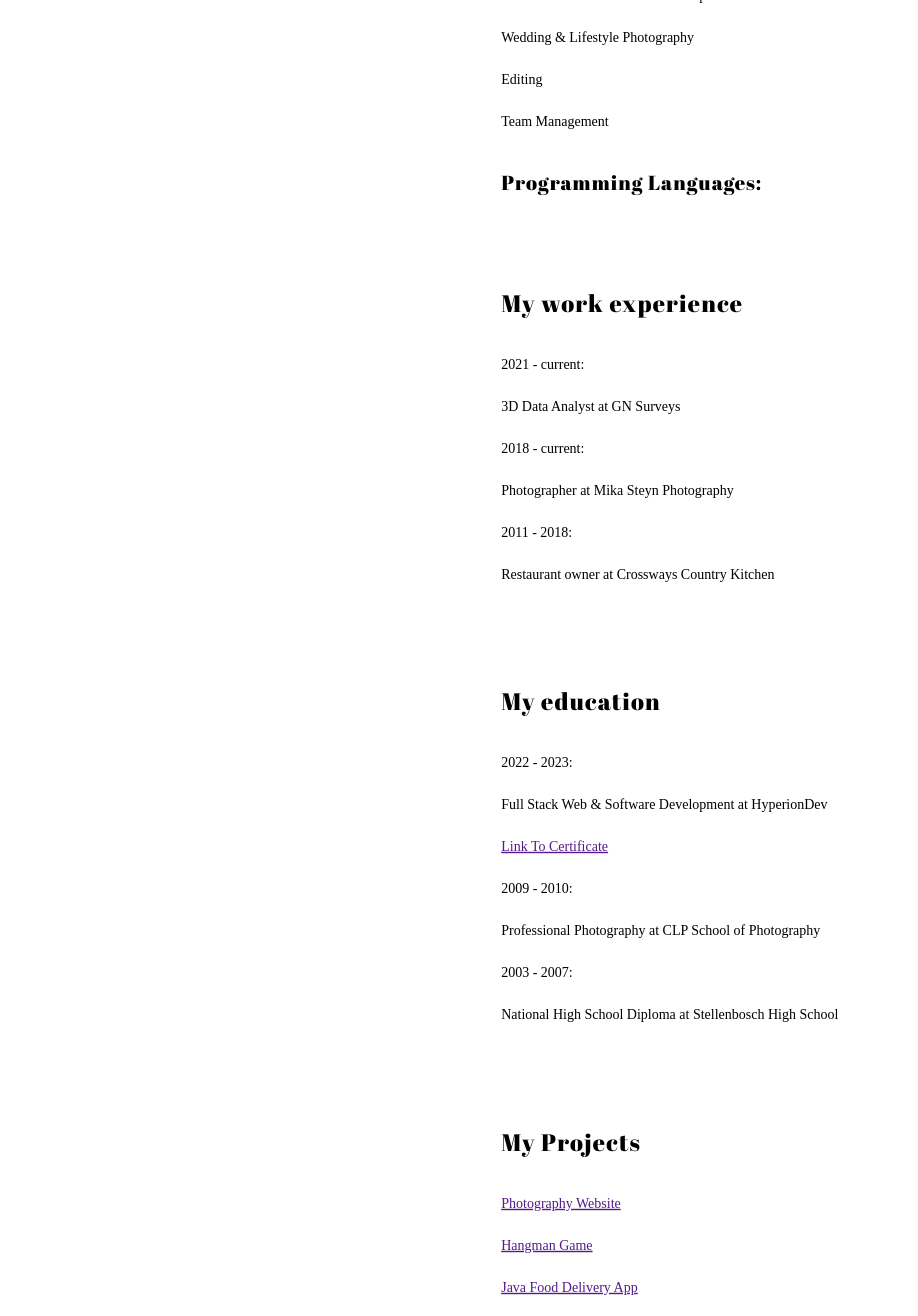
Repository: mikasteyn999/My-CV-Website
Page: index.html
An editor plug-in stored every save of this project. The page is shown before and after the next save, followed by the edit.
The browser window is 1280 px wide. The page is 1312 px wide, so the pictures cover 1312 px, including what lies to the right of the window. The pictures show the part of the page from y = 1577 to 3457 px (the page is 4163 px tall before and 4155 px after), at 70% of full size.
Some web fonts or font styles are not loaded; a fallback is used.

Above is the page before, as saved 2023-06-04 12:32:46.

### index.html
<!doctype html>
<html lang="en">
    <head>
        <!-- PAGE TITLE -->
        <title>Mika Steyn CV</title>
        <!-- FONTS -->
        <link href="https://fonts.googleapis.com/css?family=Abril+Fatface%7CArapey&amp;subset=latin-ext" rel="stylesheet">
        <!-- STYLESHEETS -->
        <link rel="stylesheet" type="text/css" href="assets/css/main.css">
        <link rel="stylesheet" href="https://cdnjs.cloudflare.com/ajax/libs/font-awesome/5.15.3/css/all.min.css">
    </head>
    <body>
        <!-- IMAGE CONTAINER -->
        <div class="image-container">
            <div class="background-img"></div>
        </div>
        <!-- CONTENT AREA -->
        <div class="content-area">
            <!-- CONTENT AREA INNER -->
            <div class="content-area-inner">
                <!-- INTRO -->
                <section id="intro">
                    <!-- CONTAINER MID -->
                    <div class="container-mid">
                            <h1>I’m Mika Steyn</h1>
                            <p class="subline">DEVELOPER  |  PHOTOGRAPHER  |  DATA ANALYST</p>
                    </div>
                </section>
                <!-- ABOUT -->
                <section id="about">
                    <h3>Why I can help you</h3>
                    <br>
                    <p>I am a multi-talented professional with a unique combination of skills in software development, photography, and data analysis. With a diploma in Full Stack Web & Software Development, I have a strong technical background and am proficient in several programming languages.
                        <br>
                        <br>
                        In addition to my expertise in software development, I have a passion for photography and have been honing my skills for several years. My focus is mostly on weddings & portraiture, playing with natural light in compelling ways.
                        <br>
                        <br>
                        Finally, I have a strong analytical mind and a deep understanding of data analysis. I have experience working with large datasets in the land surveying sector.
                        <br>
                        br
                        With a diverse skill set and a passion for learning new things, I am a dynamic professional who is able to take on a wide range of challenges and deliver exceptional results.</p></p>
                </section>
                <!-- SKILLS -->
                <section id="skills">
                    <h3>My skills</h3>
                    <!-- SKILLS LIST -->
                    <ol class="skills-list">
                        <li>Full Stack Web & Software Development</li>
                        <li>Wedding & Lifestyle Photography</li>
                        <li>Editing</li>
                        <li>Team Management</li>
                    </ol>
                    <h4>Programming Languages:</h4>
                </section>
                <!-- WORK EXPERIENCE -->
                <section id="work">
                    <h3>My work experience</h3>
                <!-- WORK LIST -->
                    <ul class="work-list">
                        <li>2021 - current:
                            <br>
                            3D Data Analyst at GN Surveys</li>
                        <li>2018 - current:
                            <br>
                            Photographer at Mika Steyn Photography</li>
                        <li>2011 - 2018:
                            <br>
                            Restaurant owner at Crossways Country Kitchen</li>
                    </ul>
                </section>
                <!-- EDUCATION -->
                <section id="education">
                    <h3>My education</h3>
                <!-- EDUCATION LIST -->
                    <ul class="education-list">
                        <li>2022 - 2023:
                            <br>
                            Full Stack Web & Software Development at HyperionDev
                            <br>
                            <a href="">Link To Certificate</a>
                        </li>
                        <li>2009 - 2010:
                            <br>
                            Professional Photography at CLP School of Photography</li>
                        <li>2003 - 2007:
                            <br>
                            National High School Diploma at Stellenbosch High School</li>
                    </ul>
                </section>
                <!-- PROJECTS -->
                <section id="projects">
                    <h3>My Projects</h3>
                    <!-- SKILLS LIST -->
                    <ul class="projects-list">
                        <li><a href="">Photography Website</a></li>
                        <li><a href="">Hangman Game</a></li>
                        <li><a href="">Java Food Delivery App</a></li>
                        <li><a href="">GitHub Explorer App</a></li>
                        <li><a href="">Car Listing App</a></li>
                    </ul>
                </section>
                <!-- CONTACT -->
                <section id="contact">
                    <h3>Contact Me</h3>
                    <!-- CONTACT LIST -->
                    <ul class="contact-list">
                        <li>Phone: 083 323 0279</li>
                        <li>Email: mjsteyn9@gmail.com</li>
                    </ul>
                </section>
                <!-- FOOTER -->
                <section id="footer" class="social-icons">
                    <!-- SOCIAL ICONS -->
                    <a href="https://www.facebook.com/mikasteynphotography"><i class="fab fa-facebook-f" aria-hidden="true"></i></a>
                    <a href="https://www.instagram.com/mikasteynphotography"><i class="fab fa-instagram" aria-hidden="true"></i></a>
                    <a href="https://www.linkedin.com/in/mika-steyn-169564208/"><i class="fab fa-linkedin-in" aria-hidden="true"></i></a>
                    <a href="https://github.com/mikasteyn999"><i class="fab fa-github" aria-hidden="true"></i></a>
                </section>
            </div>
        </div>
    </body>
</html>

### assets/css/main.css
html {
    font-size: 10px;
}

body {
    font-family: 'Arapey', serif;
    font-weight: 300;
    font-style: normal;
    color: #000;
    background: #fff;
    -webkit-font-smoothing: antialiased;
}

h1, h2, h3, h4, h5, h6 {
    font-family: 'Abril Fatface', cursive;
    font-weight: normal;
    letter-spacing: .05em;
    color: #000;;
}

h1 {
    font-size: 4.4rem;
}

h2 {
    font-size: 3.9rem;
}

h3 {
    font-size: 3.4rem;
}

h4 {
    font-size: 2.9rem;
}

h5 {
    font-size: 2.4rem;
}

h6 {
    font-size: 1.9rem;
}

p {
    font-size: 1.8rem;
}

@media (max-width:600px) {
    html {
        font-size: 8px;
    }
}

@media (max-width:500px) {
    html {
        font-size: 7px;
    }
}

.image-container {
    position: fixed;
    z-index: 10;
    top: 0;
    left: 0;

    width: 50%;
    height: 100%;
}

.image-container .background-img {
    position: absolute;
    z-index: 1;
    top: 0;
    left: 0;

    width: 100%;
    height: 100%;

    background: url(../img/profilePhoto.jpg);
    background-repeat: no-repeat;
    background-size: cover;
}

@media (max-width:1200px) {
    .image-container {
        position: relative;
        z-index: 10;
        top: 0;
        left: 0;

        width: 100%;
        height: 100vh;
    }
}

.content-area {
    position: relative;
    left: 0;

    width: 100%;
}

.content-area .content-area-inner {
    position: relative;
    left: 50%;

    width: 50%;
    padding: 0 20px;
    overflow-x: hidden;
}

.content-area .content-area-inner section {
    max-width: 520px;
    margin: 0 auto 18vh auto;
}

@media (max-width:1200px) {
    .content-area .content-area-inner {
        left: 0;

        width: 100%;
        padding: 0 20px;
    }
}

#intro {
    position: relative;
    height: 100vh;
    margin-bottom: 0;
}

#intro .container-mid {
    position: absolute;
    top: 50%;
    width: 100%;
    -webkit-transform: translateY(-50%);
        -ms-transform: translateY(-50%);
            transform: translateY(-50%);
}

#intro .container-mid p.subline {
    font-size: 2.2rem;
    line-height: 1.6em;
    margin-top: 2em;
    margin-bottom: 2.2em;
}

@media (max-width:1200px) {
    #intro {
        height: auto;
    }

    #intro .container-mid {
        position: relative;
        top: 0;
        margin: 15vh 0;
        -webkit-transform: translate(0);
            -ms-transform: translate(0);
                transform: translate(0);
    }
}

#about p {
    line-height: 1.5em;
    margin-bottom: 2em;
}

#about p:last-child {
    margin-bottom: 0;
}

#skills .skills-list {
    margin-bottom: 0;
    padding: 0;

    list-style: none;
}

#skills .skills-list li {
    font-size: 2rem;
    line-height: 3em;
}

#projects .projects-list {
    margin-bottom: 0;
    padding: 0;

    list-style: none;
}

#projects .projects-list li {
    font-size: 2rem;
    line-height: 3em;
}

#work .work-list {
    margin-bottom: 0;
    padding: 0;

    list-style: none;
}

#work .work-list li {
    font-size: 2rem;
    line-height: 3em;
}

#education .education-list {
    margin-bottom: 0;
    padding: 0;
    list-style: none;
}

#education .education-list li {
    font-size: 2rem;
    line-height: 3em;
}

#contact .contact-list {
    margin-bottom: 3.4em;
    padding: 0;
    list-style: none;
}

#contact .contact-list li {
    font-size: 2rem;
    line-height: 2.4em;
}


#footer .fa-facebook-f, .fa-instagram, .fa-linkedin-in, .fa-github {
    padding-right: 20px;
    font-size: x-large;
    color: #000;
}

After the next save:
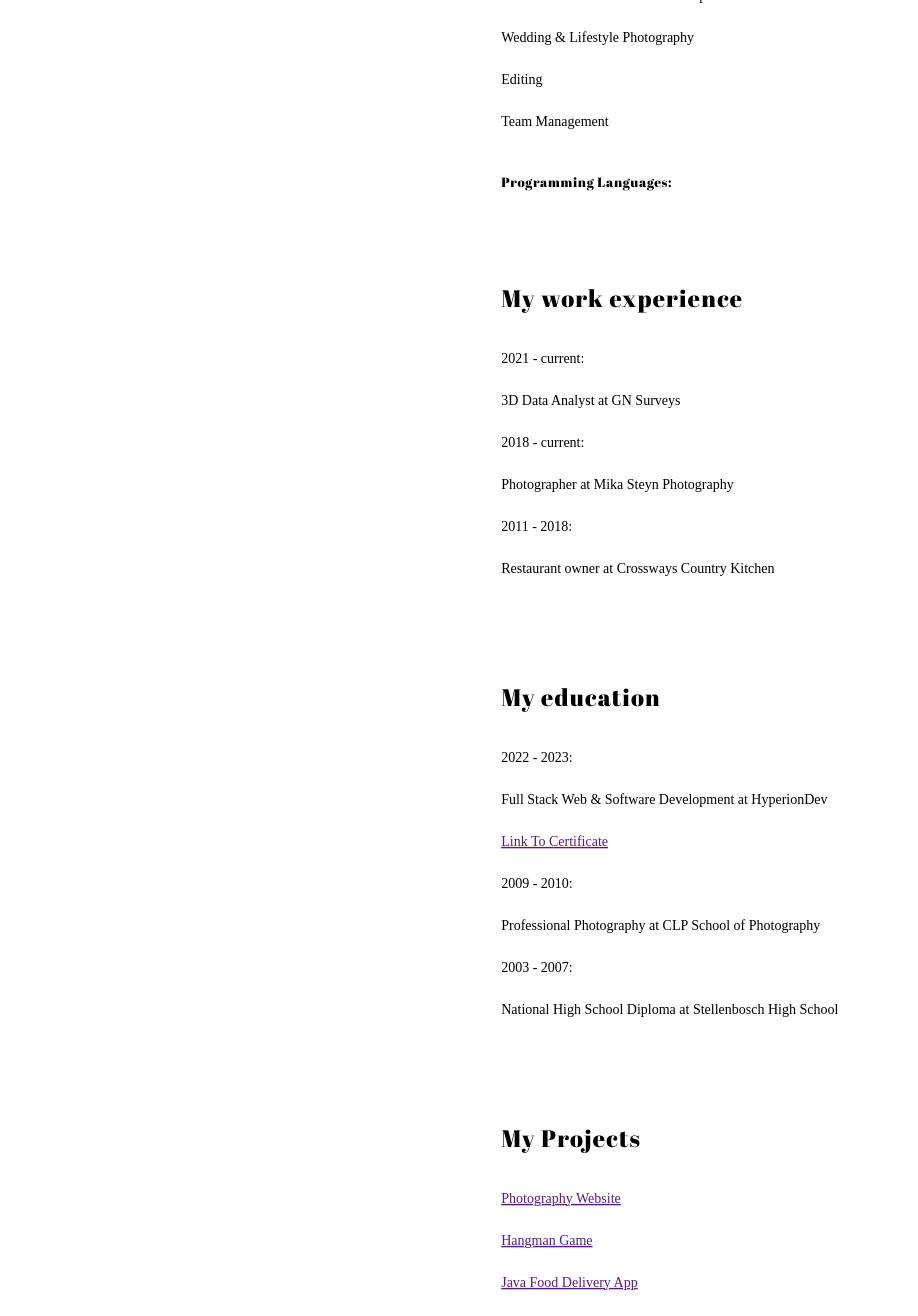
Saved 6 min 10 s later.
--- a/index.html
+++ b/index.html
@@ -51,7 +51,7 @@
                         <li>Editing</li>
                         <li>Team Management</li>
                     </ol>
-                    <h4>Programming Languages:</h4>
+                    <h6>Programming Languages:</h6>
                 </section>
                 <!-- WORK EXPERIENCE -->
                 <section id="work">
